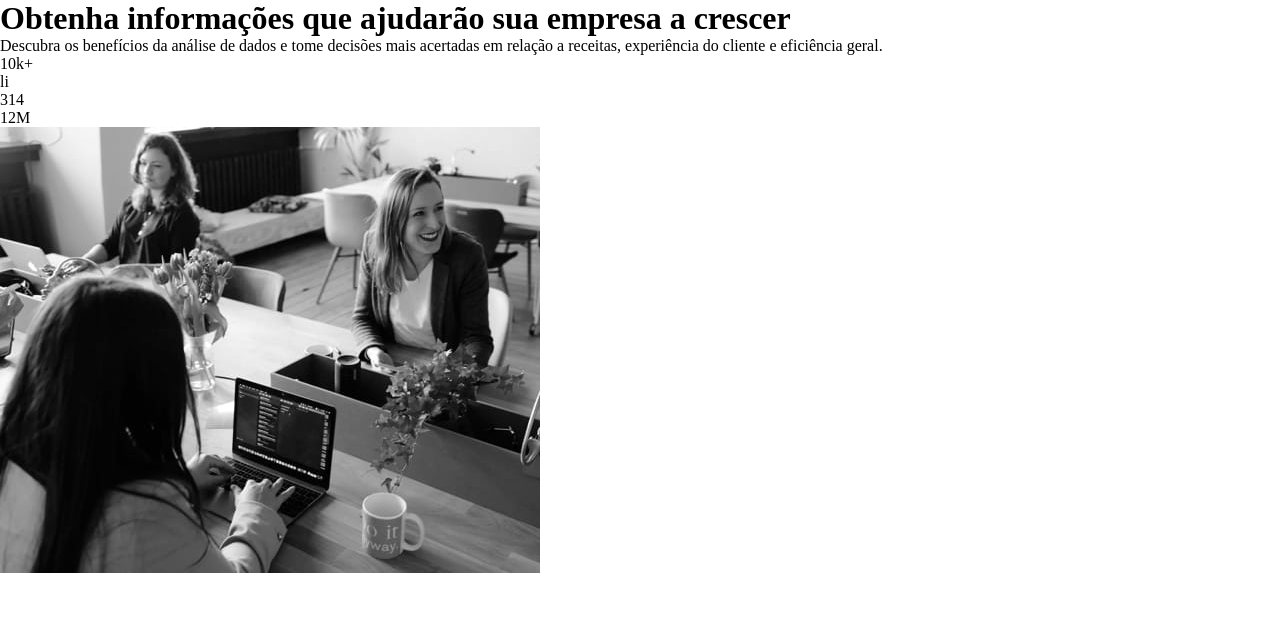
Repository: caique2512/componentes-de-estatisticas
Page: index.html
An editor plug-in stored every save of this project. The page is shown before and after a run of saves, followed by the edit.
The browser window is 1280 px wide. The pictures show the whole page.

Above is the page before, as saved 2026-03-03 16:53:53.

After the next 9 saves:
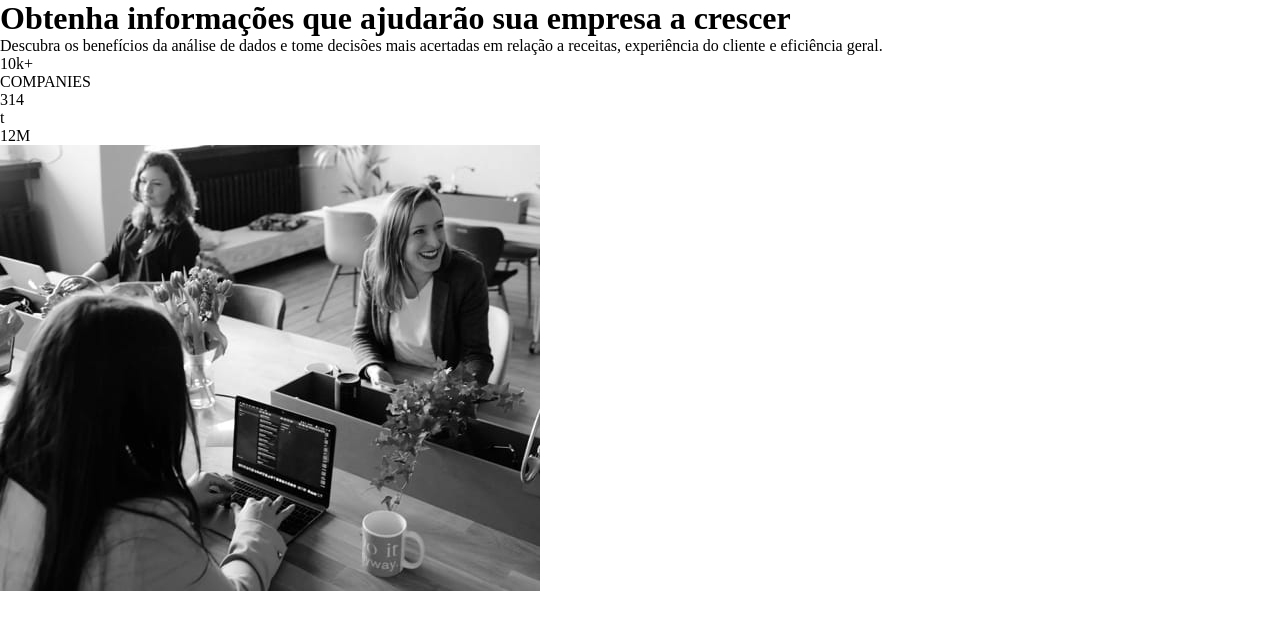
The 9 saves are shown as one change because they came seconds apart.
The last was saved 24 s later.
--- a/index.html
+++ b/index.html
@@ -13,8 +13,9 @@
             <p>Descubra os benefícios da análise de dados e tome decisões mais acertadas em relação a receitas, experiência do cliente e eficiência geral.</p>
             <ul>
                 <li>10k+</li>
-                li
+                <li>COMPANIES</li>
                 <li>314</li>
+                <li>t</li>
                 <li>12M</li>
             </ul>
         </div>
